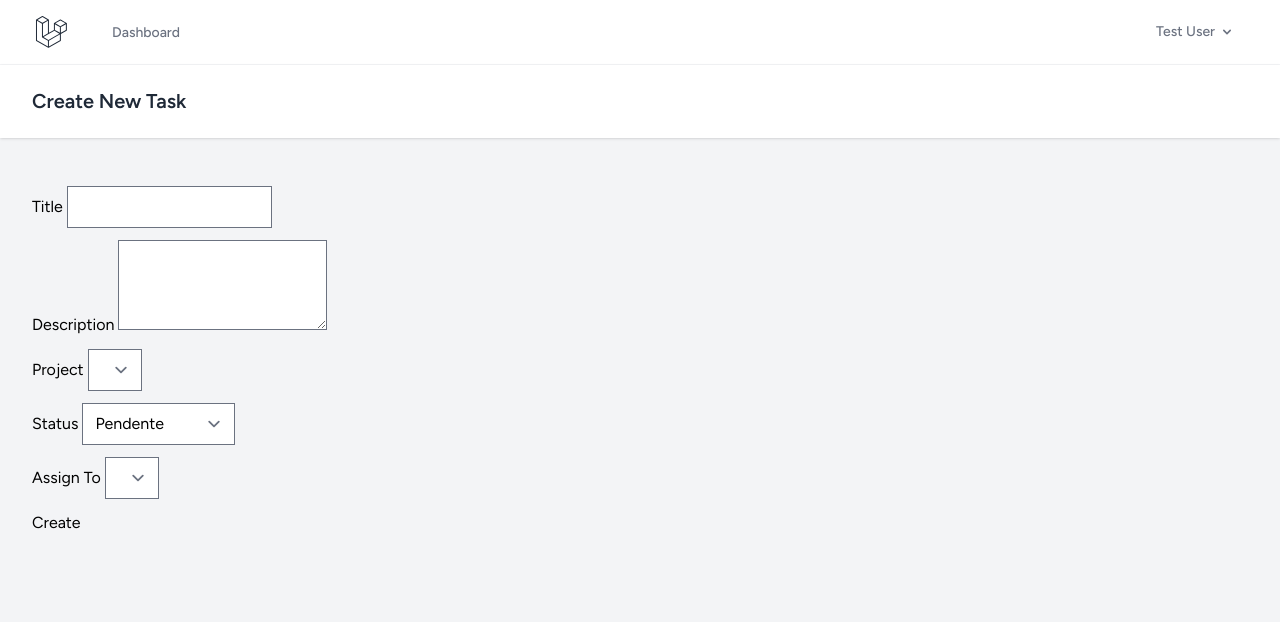
Repository: fernando-maio/ip4y
Page: http://localhost/tasks/create
These files come from the project's save history. The page is drawn as it stood at one moment and after the next save; the edit follows.
The browser window is 1280 px wide. The pictures show the whole page.
The page is served by the project's Laravel application, run on PHP 8.4 with Laravel 12. A made-up administrator, Test User (test@example.com), is signed in. Style sheets and scripts are compiled from the project's sources, by tool versions that may differ from the author's. Queries for data that is not in the repository find no rows.

Above is the page before, as saved 2024-08-27 00:26:13.

After the next save:
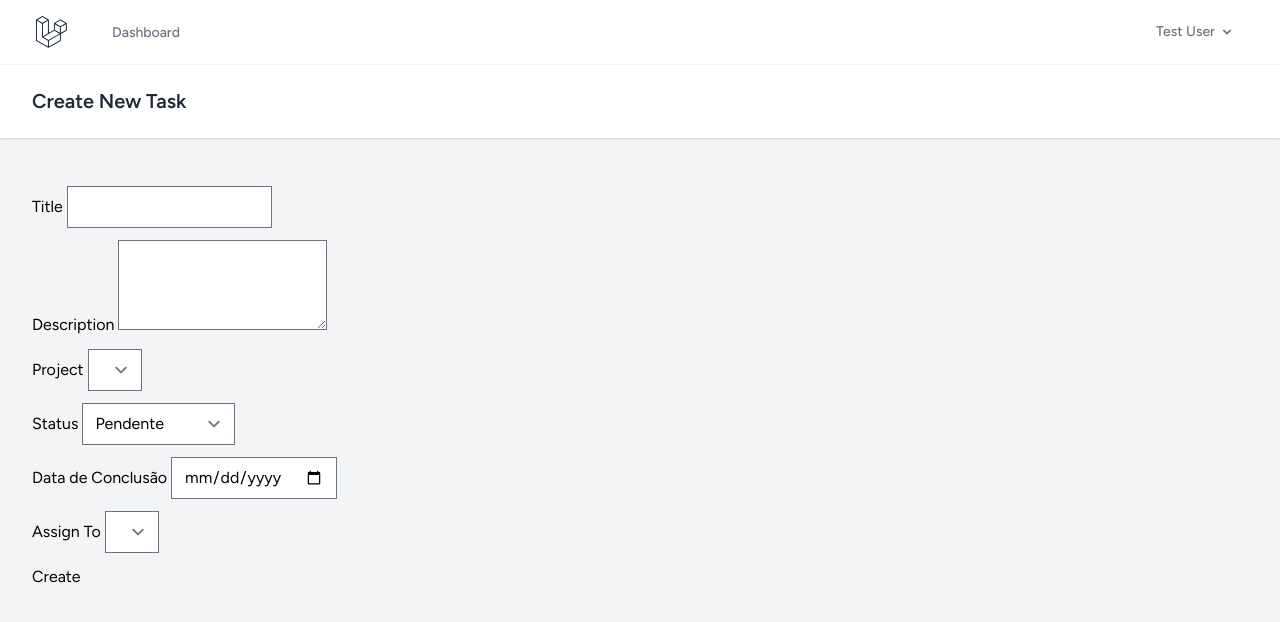
Saved 18 s later.
--- a/resources/views/tasks/create.blade.php
+++ b/resources/views/tasks/create.blade.php
@@ -34,6 +34,10 @@
                     </select>
                 </div>
                 <div class="mb-3">
+                    <label for="description" class="form-label">Data de Conclusão</label>
+                    <input type="date" name="due_date" class="form-control"/>
+                </div>
+                <div class="mb-3">
                     <label for="user_id" class="form-label">Assign To</label>
                     <select name="user_id" class="form-control" id="user_id" required>
                         @foreach($users as $user)
